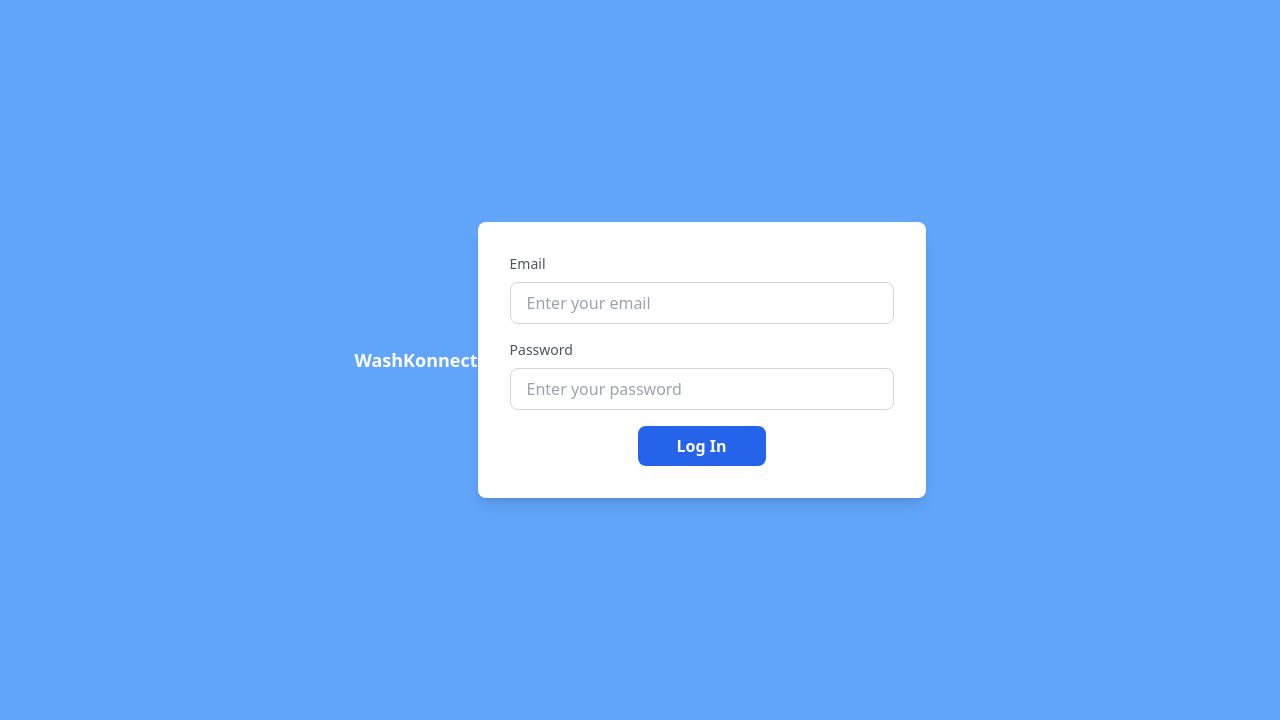
Repository: TEKVOLUTION-LTD/Admin-washKonnect
Page: / (app in Admin-WashKonnect/)
These files come from the project's save history. The page is drawn as it stood at one moment and after the next save; the edit follows.
The browser window is 1280 px wide. The pictures show the whole page.
The project was rebuilt for these pictures with package versions that can differ from the ones it lists, and the page was loaded fresh each time. Also part of the build but not shown: Admin-WashKonnect/vite.config.js.

Above is the page before, as saved 2024-11-13 02:15:02.

### Admin-WashKonnect/src/App.jsx
import Login from './components/Login';
import './App.css'

function App() {


  return (
    <>
    <div className=''>    <Login /> </div>

    </>
  )
}

export default App

### Admin-WashKonnect/src/components/Login.jsx
import React, {useState} from 'react'

const Login = () => {


  const [email, setEmail] = useState('');
  const [password, setPassword] = useState('');

  const handleSubmit = (e) => {
    e.preventDefault();
    // Handle login logic here (e.g., authentication API call)
    console.log('Email:', email);
    console.log('Password:', password);
  };

  return (

    <>


    <div className="flex items-center justify-center min-h-screen bg-blue-400">

      <h1 className='block font-bold text-lg text-white'>WashKonnect</h1>
      <div className="w-full max-w-md p-8 space-y-6 bg-white rounded-lg shadow-lg">

        <form className="space-y-4" onSubmit={handleSubmit}>
          <div>
            <label htmlFor="email" className="block text-start text-sm font-medium text-gray-600">
              Email
            </label>
            <input
              type="email"
              id="email"
              value={email}
              onChange={(e) => setEmail(e.target.value)}
              required
              className="w-full px-4 py-2 mt-2 text-gray-800 border border-gray-300 rounded-lg focus:outline-none focus:ring-2 focus:ring-blue-500"
              placeholder="Enter your email"
            />
          </div>
          <div>
            <label htmlFor="password" className="block text-start text-sm font-medium text-gray-600">
              Password
            </label>
            <input
              type="password"
              id="password"
              value={password}
              onChange={(e) => setPassword(e.target.value)}
              required
              className="w-full px-4 py-2 mt-2 text-gray-800 border border-gray-300 rounded-lg focus:outline-none focus:ring-2 focus:ring-blue-500"
              placeholder="Enter your password"
            />
          </div>
          <button
            type="submit"
            className="w-1/3 px-4 py-2 font-semibold text-white bg-blue-600 rounded-lg hover:bg-blue-700 focus:outline-none focus:ring-2 focus:ring-blue-500 focus:ring-offset-2"
          >
            Log In
          </button>
        </form>
      </div>
    </div>


    </>
  )
}

export default Login

### Admin-WashKonnect/src/App.css
#root {
  max-width: 1280px;
  margin: 0 auto;

  text-align: center;
}

Loaded but not shown: Admin-WashKonnect/index.html (common file); Admin-WashKonnect/src/main.jsx (common file); Admin-WashKonnect/src/index.css (common file); Admin-WashKonnect/tailwind.config.js (common file)

After the next save:
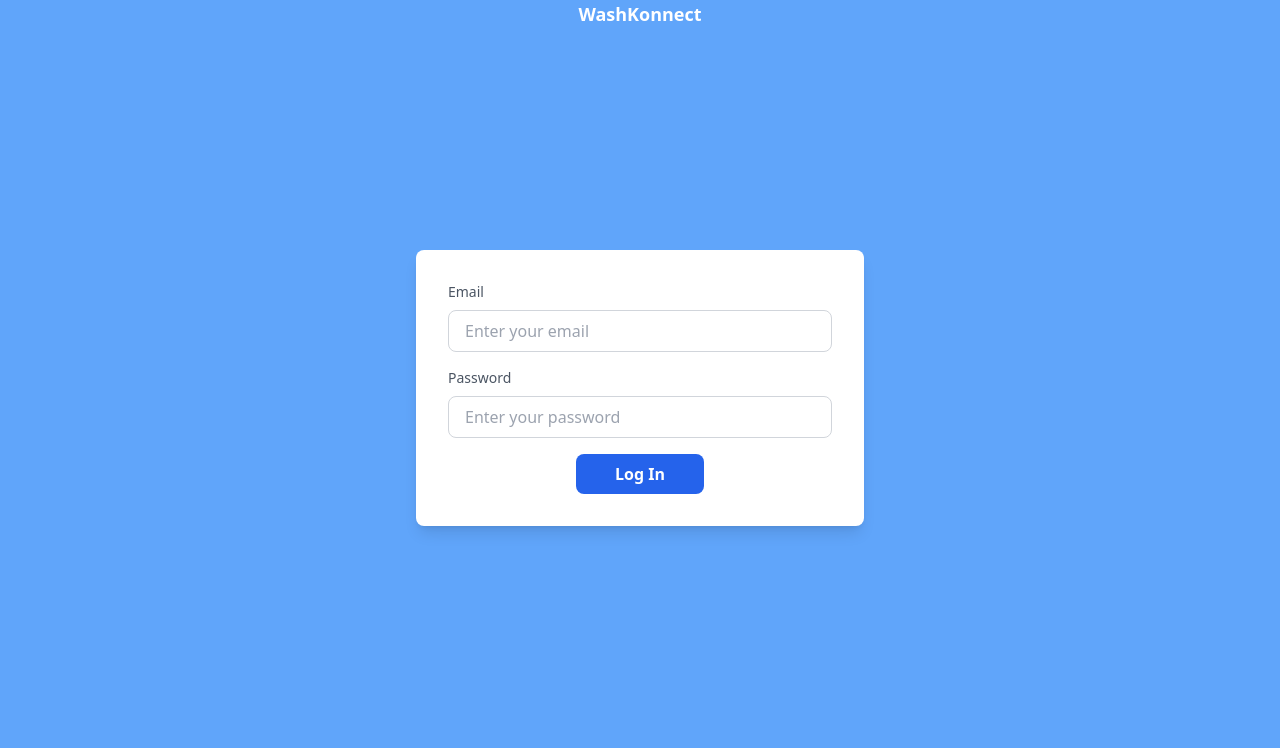
Saved 93 s later.
--- a/Admin-WashKonnect/src/components/Login.jsx
+++ b/Admin-WashKonnect/src/components/Login.jsx
@@ -16,11 +16,11 @@ const Login = () => {
   return (
 
     <>
+<div className=' bg-blue-400'>
+<h1 className='block font-bold text-lg text-white'>WashKonnect</h1>
+<div className="flex items-center justify-center min-h-screen ">
 
 
-    <div className="flex items-center justify-center min-h-screen bg-blue-400">
-
-      <h1 className='block font-bold text-lg text-white'>WashKonnect</h1>
       <div className="w-full max-w-md p-8 space-y-6 bg-white rounded-lg shadow-lg">
 
         <form className="space-y-4" onSubmit={handleSubmit}>
@@ -63,6 +63,10 @@ const Login = () => {
     </div>
 
 
+</div>
+
+
+
     </>
   )
 }
